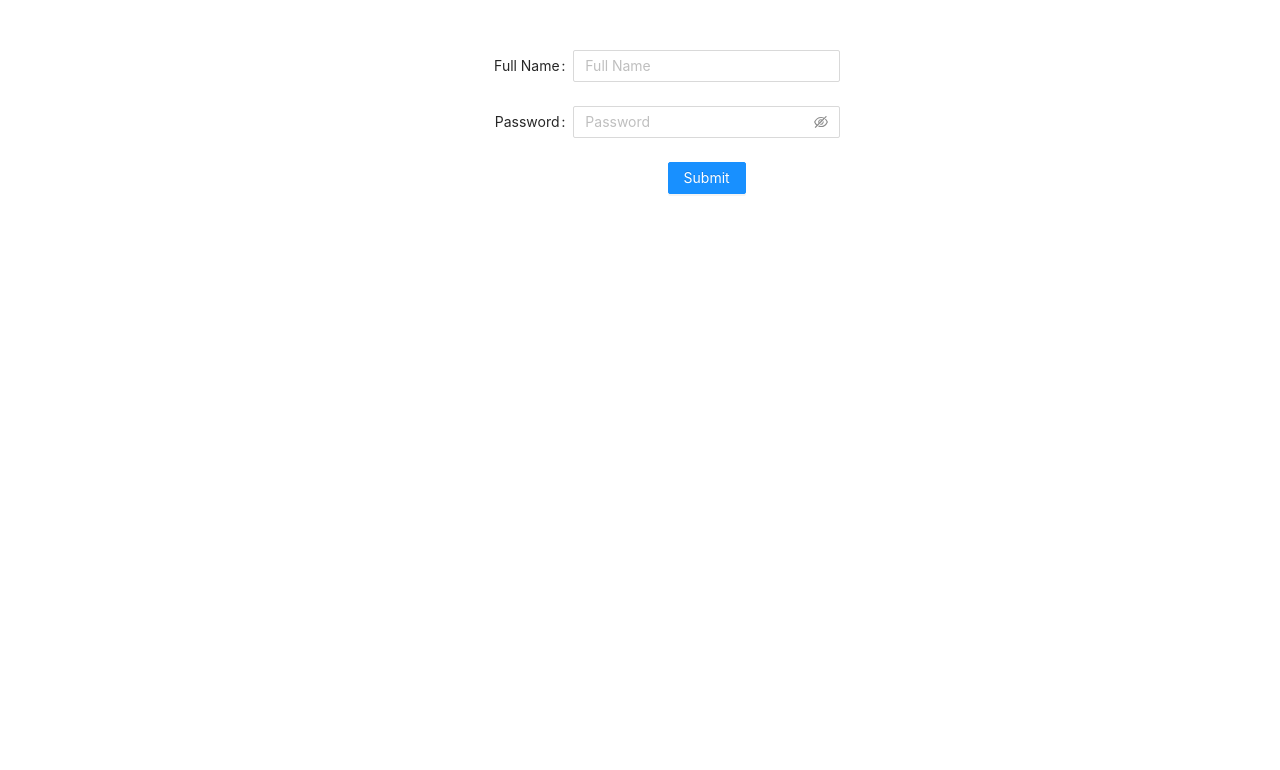
Repository: baodien1405/module-form
Page: /
These files come from the project's save history. The page is drawn as it stood at one moment and after the next save; the edit follows.
The browser window is 1280 px wide. The pictures show the whole page.
The project was rebuilt for these pictures with package versions that can differ from the ones it lists, and the page was loaded fresh each time.

Above is the page before, as saved 2021-09-09 12:49:41.

### src/index.tsx
import React from 'react';
import ReactDOM from 'react-dom';
import "antd/dist/antd.css";
import './index.css';
import App from './App';
import { store } from './app/store';
import { Provider } from 'react-redux';
import * as serviceWorker from './serviceWorker';

ReactDOM.render(
  <React.StrictMode>
    <Provider store={store}>
      <App />
    </Provider>
  </React.StrictMode>,
  document.getElementById('root')
);

// If you want your app to work offline and load faster, you can change
// unregister() to register() below. Note this comes with some pitfalls.
// Learn more about service workers: https://bit.ly/CRA-PWA
serviceWorker.unregister();

### src/index.css
@import url("https://fonts.googleapis.com/css2?family=Poppins:ital,wght@0,100;0,200;0,800;0,900;1,100;1,200;1,800;1,900&display=swap");

body {
  margin: 0;
  font-family: -apple-system, BlinkMacSystemFont, "Poppins", "Roboto", "Oxygen",
    "Ubuntu", "Cantarell", "Fira Sans", "Droid Sans", "Helvetica Neue",
    sans-serif;
  -webkit-font-smoothing: antialiased;
  -moz-osx-font-smoothing: grayscale;
}

code {
  font-family: source-code-pro, Menlo, Monaco, Consolas, "Courier New",
    monospace;
}

### src/App.tsx
import React from "react";
import "./App.css";
import OnboardingForm from "./features/onboarding/component/OnboardingForm";

export interface Account {
  name: string;
  password: string;
}

function App() {
  const handleOnboardingFormSubmit = (formValues: Account) => {
    // do something here
    console.log("Form values: ", formValues);
  };
  return (
    <div className="App">
      <div className="container">
        <OnboardingForm onSubmit={handleOnboardingFormSubmit} />
      </div>
    </div>
  );
}

export default App;

### src/App.css
.App {
  text-align: center;
}

.App-logo {
  height: 40vmin;
  pointer-events: none;
}

@media (prefers-reduced-motion: no-preference) {
  .App-logo {
    animation: App-logo-float infinite 3s ease-in-out;
  }
}

.App-header {
  min-height: 100vh;
  display: flex;
  flex-direction: column;
  align-items: center;
  justify-content: center;
  font-size: calc(10px + 2vmin);
}

.App-link {
  color: rgb(112, 76, 182);
}

@keyframes App-logo-float {
  0% {
    transform: translateY(0);
  }
  50% {
    transform: translateY(10px);
  }
  100% {
    transform: translateY(0px);
  }
}

.container {
  width: 400px;
  margin: 50px auto;
}

### src/features/onboarding/component/OnboardingForm.tsx
import { yupResolver } from "@hookform/resolvers/yup";
import { Button, Form } from "antd";
import { InputField } from "components/FormFields/InputField";
import { PasswordField } from "components/FormFields/PasswordField";
import { useForm } from "react-hook-form";
import * as yup from "yup";

export interface Account {
  name: string;
  password: string;
}

export interface AccountFormProps {
  initialValues?: Account;
  onSubmit?: (formValues: Account) => void;
}

const schema = yup.object().shape({
  fullname: yup.string().required("Please enter full name"),
  password: yup.string().required("Please enter your password"),
});

export default function OnboardingForm({
  initialValues,
  onSubmit,
}: AccountFormProps) {
  const {
    control,
    handleSubmit,
    formState: { isSubmitting },
  } = useForm<Account>({
    defaultValues: initialValues,
    resolver: yupResolver(schema),
  });

  const handleFormSubmit = async (formValues: Account) => {
    try {
      await onSubmit?.(formValues);
      await new Promise((resolve) => {
        setTimeout(resolve, 3000);
      });
    } catch (error) {
      console.log("Failed to submit form value: ", error);
    }
  };

  return (
    <Form
      onFinish={handleSubmit(handleFormSubmit)}
      labelCol={{ span: 8 }}
      wrapperCol={{ span: 16 }}
    >
      <InputField name="fullname" label="Full Name" control={control} />

      <PasswordField name="password" label="Password" control={control} />

      <Form.Item wrapperCol={{ offset: 8, span: 16 }}>
        <Button type="primary" htmlType="submit" loading={isSubmitting}>
          Submit
        </Button>
      </Form.Item>
    </Form>
  );
}

### src/components/FormFields/InputField.tsx
import { Form, Input } from "antd";
import React, { InputHTMLAttributes } from "react";
import { Control, useController } from "react-hook-form";

export interface InputFieldProps extends InputHTMLAttributes<HTMLInputElement> {
  name: string;
  control: Control<any>;
  label?: string;
}

export function InputField({ name, control, label }: InputFieldProps) {
  const {
    field: { onBlur, onChange, value, ref },
    fieldState: { invalid, error },
  } = useController({
    name,
    control,
  });
  return (
    <Form.Item
      label={label}
      name={name}
      rules={[{ required: invalid, message: error?.message }]}
    >
      <Input
        value={value}
        onChange={onChange}
        onBlur={onBlur}
        placeholder={label}
        ref={ref}
      />
    </Form.Item>
  );
}

### src/components/FormFields/PasswordField.tsx
import { Form, Input } from "antd";
import React, { InputHTMLAttributes } from "react";
import { Control, useController } from "react-hook-form";

export interface InputFieldProps extends InputHTMLAttributes<HTMLInputElement> {
  name: string;
  control: Control<any>;
  label?: string;
}

export function PasswordField({ name, control, label }: InputFieldProps) {
  const {
    field: { onBlur, onChange, value, ref },
    fieldState: { invalid, error },
  } = useController({
    name,
    control,
  });
  return (
    <Form.Item
      label={label}
      name={name}
      rules={[{ required: invalid, message: error?.message }]}
    >
      <Input.Password
        value={value}
        onChange={onChange}
        onBlur={onBlur}
        placeholder={label}
        ref={ref}
      />
    </Form.Item>
  );
}

Loaded but not shown: public/index.html (common file); src/app/store.ts (common file); src/serviceWorker.ts (common file); src/features/counter/counterSlice.ts (common file); src/features/counter/counterAPI.ts (common file)

After the next save:
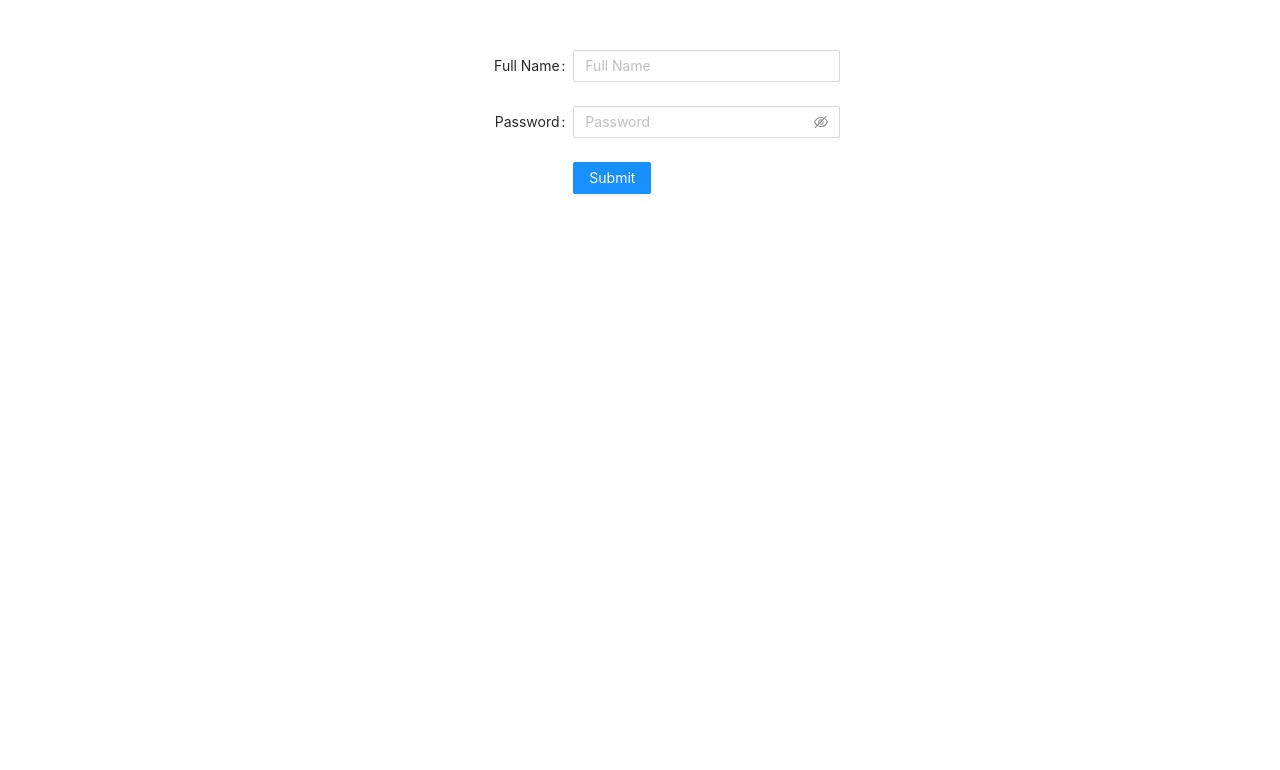
Saved 27 s later.
--- a/src/App.css
+++ b/src/App.css
@@ -1,5 +1,5 @@
 .App {
-  text-align: center;
+  /* text-align: center; */
 }
 
 .App-logo {
